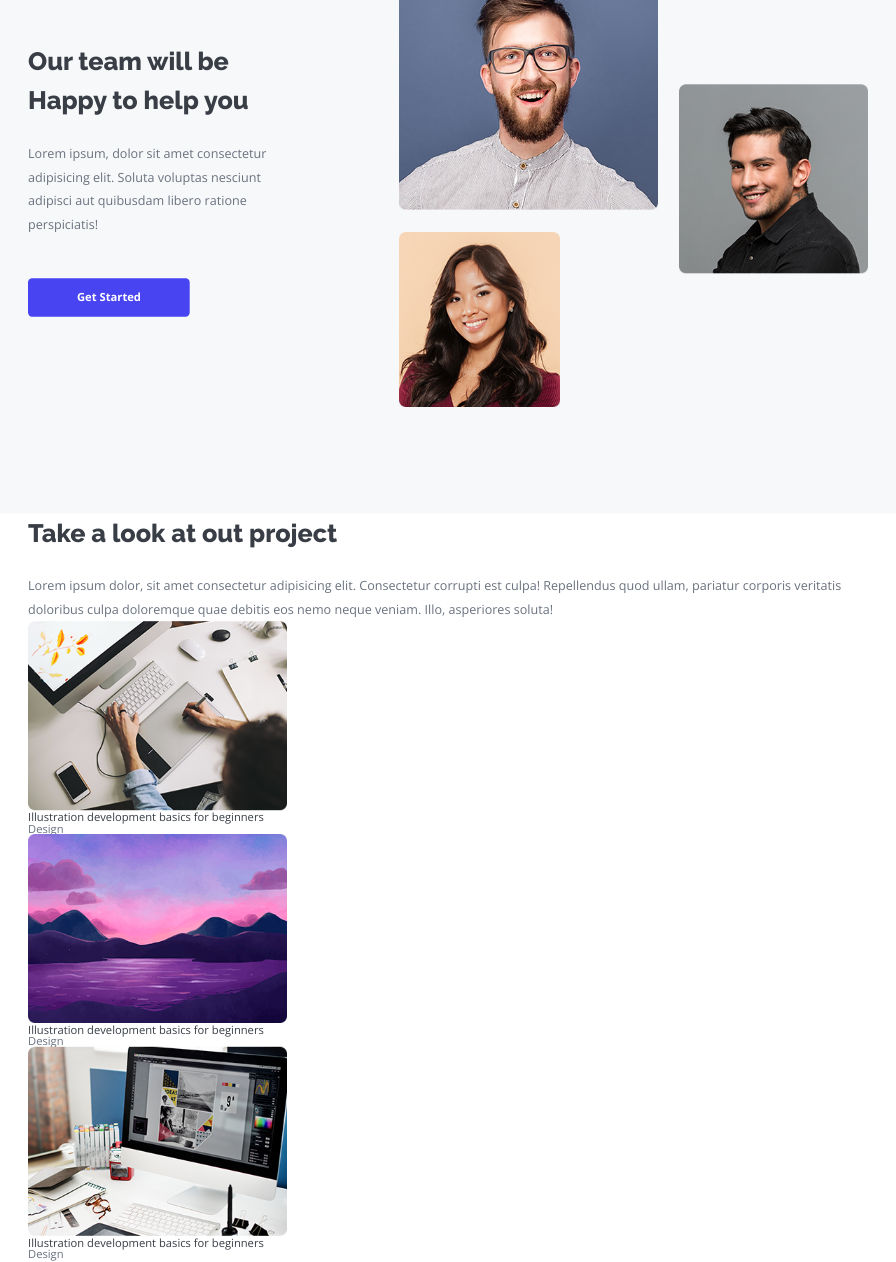
Repository: kate30980/LP-practiceoctavian
Page: index.html
These files come from the project's save history. The page is drawn as it stood at one moment and after the next save; the edit follows.
The browser window is 1280 px wide. The pictures show the part of the page from y = 4298 to 6218 px (the page is 6101 px tall before and 6218 px after), at 70% of full size.
The style sheet was rebuilt from its Sass, Less or Tailwind sources for each picture, by a compiler version that may differ from the author's.

Above is the page before, as saved 2021-08-25 16:54:40.

### index.html
<!DOCTYPE html>
<html lang="en">

<head>
    <meta charset="UTF-8">
    <meta http-equiv="X-UA-Compatible" content="IE=edge">
    <meta name="viewport" content="width=device-width, initial-scale=1.0">
    <title>Octavian LP</title>
    <script type="module" src="https://unpkg.com/ionicons@5.5.2/dist/ionicons/ionicons.esm.js"></script>
    <script nomodule src="https://unpkg.com/ionicons@5.5.2/dist/ionicons/ionicons.js"></script>
    <link rel="preconnect" href="https://fonts.googleapis.com">
    <link rel="preconnect" href="https://fonts.gstatic.com" crossorigin>
    <link
        href="https://fonts.googleapis.com/css2?family=Open+Sans:wght@300;400;600;700&family=Raleway:wght@600;700;800&display=swap"
        rel="stylesheet">
    <link rel="stylesheet" href="css/app.css">
</head>

<body>
    <header class="header">
        <div class="container">
            <div class="header-main">
                <img src="./images/logo.png" alt="logo-header" class="header-logo">
                <div class="navigation">
                    <p class="header-phone">Phone: <span>+055 - 951 237 851</span></p>
                    <img src="./images/icon-search.png" alt="" class="icon-search">
                    <img src="./images/icon-bars.png" alt="" class="icon-toggle">
                </div>
            </div>
        </div>
    </header>
    <main>
        <section class="hero">
            <img src="./images/img1.png" alt="img-header" class="hero-image">
            <div class="container">
                <div class="hero-content">
                    <h2 class="hero-caption second-font">creative & digital</h2>
                    <h1 class="hero-heading second-font">Agency</h1>
                    <a href="#" class="hero-link">Purchase Now</a>
                </div>
            </div>
        </section>
        <section class="portfolio">
            <div class="container">
                <div class="portfolio-list">
                    <div class="portfolio-column">
                        <div class="portfolio-item">
                            <div class="portfolio-image">
                                <img src="./images/img2.png" alt="img2">
                            </div>
                            <h3 class="portfolio-title second-font">Campaign of exhibition of architectural field</h3>
                            <div class="portfolio-category">Photography</div>
                        </div>
                        <div class="portfolio-item">
                            <div class="portfolio-image">
                                <img src="./images/img3.png" alt="img2">
                            </div>
                            <h3 class="portfolio-title second-font">Campaign of exhibition of architectural field</h3>
                            <div class="portfolio-category">Photography</div>
                        </div>
                        <div class="portfolio-item">
                            <div class="portfolio-image">
                                <img src="./images/img4.png" alt="img2">
                            </div>
                            <h3 class="portfolio-title second-font">Campaign of exhibition of architectural field</h3>
                            <div class="portfolio-category">Photography</div>
                        </div>
                    </div>
                    <div class="portfolio-column">
                        <div class="portfolio-item">
                            <div class="portfolio-image">
                                <img src="./images/img5.png" alt="img2">
                            </div>
                            <h3 class="portfolio-title second-font">Campaign of exhibition of architectural field</h3>
                            <div class="portfolio-category">Photography</div>
                        </div>
                        <div class="portfolio-item">
                            <div class="portfolio-image">
                                <img src="./images/img6.png" alt="img2">
                            </div>
                            <h3 class="portfolio-title second-font">Campaign of exhibition of architectural field</h3>
                            <div class="portfolio-category">Photography</div>
                        </div>
                        <div class="portfolio-item">
                            <div class="portfolio-image">
                                <img src="./images/img7.png" alt="img2">
                            </div>
                            <h3 class="portfolio-title second-font">Campaign of exhibition of architectural field</h3>
                            <div class="portfolio-category">Photography</div>
                        </div>
                        <div class="portfolio-item">
                            <div class="portfolio-image">
                                <img src="./images/img8.png" alt="img2">
                            </div>
                            <h3 class="portfolio-title second-font">Campaign of exhibition of architectural field</h3>
                            <div class="portfolio-category">Photography</div>
                        </div>
                    </div>
                    <div class="portfolio-column">
                        <div class="portfolio-item">
                            <div class="portfolio-image">
                                <img src="./images/img9.png" alt="img2">
                            </div>
                            <h3 class="portfolio-title second-font">Campaign of exhibition of architectural field</h3>
                            <div class="portfolio-category">Photography</div>
                        </div>
                        <div class="portfolio-item">
                            <div class="portfolio-image">
                                <img src="./images/img10.png" alt="img2">
                            </div>
                            <h3 class="portfolio-title second-font">Campaign of exhibition of architectural field</h3>
                            <div class="portfolio-category">Photography</div>
                        </div>
                        <div class="portfolio-item">
                            <div class="portfolio-image">
                                <img src="./images/img11.png" alt="img2">
                            </div>
                            <h3 class="portfolio-title second-font">Campaign of exhibition of architectural field</h3>
                            <div class="portfolio-category">Photography</div>
                        </div>
                    </div>
                </div>
                <a href="" class="btn btn--primary portfolio-link">
                    Get Started
                </a>
            </div>
        </section>
        <section class="partner">
            <div class="container">
                <div class="partner-main">
                    <div class="partner-item">
                        <img src="./images/logo1.png" alt="logo1">
                    </div>
                    <div class="partner-item">
                        <img src="./images/logo2.png" alt="logo1">
                    </div>
                    <div class="partner-item">
                        <img src="./images/logo3.png" alt="logo1">
                    </div>
                    <div class="partner-item">
                        <img src="./images/logo4.png" alt="logo1">
                    </div>
                    <div class="partner-item">
                        <img src="./images/logo5.png" alt="logo1">
                    </div>
                    <div class="partner-item">
                        <img src="./images/logo6.png" alt="logo1">
                    </div>
                    <div class="partner-item">
                        <img src="./images/logo7.png" alt="logo1">
                    </div>
                    <div class="partner-item">
                        <img src="./images/logo8.png" alt="logo1">
                    </div>
                </div>
            </div>
        </section>
        <section class="team">
            <div class="container">
                <div class="team-main">
                    <div class="team-content">
                        <h2 class="team-heading second-font">Our team will be Happy to help you</h2>
                        <p class="team-desc">Lorem ipsum, dolor sit amet consectetur adipisicing elit. Soluta voluptas
                            nesciunt adipisci aut quibusdam libero ratione perspiciatis!</p>
                        <a href="#" class="btn btn--primary">Get Started</a>
                    </div>
                    <div class="team-images">
                        <div class="team-column">
                            <div class="team-image">
                                <img src="./images/team1.png" alt="team">
                            </div>
                            <div class="team-image">
                                <img src="./images/team2.png" class="team-img2" alt="team">
                            </div>
                        </div>
                        <div class="team-column">
                            <div class="team-image">
                                <img src="./images/team3.png" alt="team">
                            </div>
                        </div>
                    </div>
                </div>
            </div>
        </section>
        <section class="blog">
            <div class="container">
                <div class="blog-header">
                    <h2 class="blog-heading heading">Take a look at out project</h2>
                    <p class="blog-desc text">Lorem ipsum dolor, sit amet consectetur adipisicing elit. Consectetur
                        corrupti est culpa! Repellendus quod ullam, pariatur corporis veritatis doloribus culpa
                        doloremque quae debitis eos nemo neque veniam. Illo, asperiores soluta!</p>
                </div>
                <div class="blog-list">
                    <div class="blog-item">
                        <div class="blog-image">
                            <img src="./images/blog1.png" alt="blog1">
                        </div>
                        <h2 class="blog-title">Illustration development basics for beginners</h2>
                        <p class="blog-category">Design</p>
                    </div>
                    <div class="blog-item">
                        <div class="blog-image">
                            <img src="./images/blog2.png" alt="blog1">
                        </div>
                        <h2 class="blog-title">Illustration development basics for beginners</h2>
                        <p class="blog-category">Design</p>
                    </div>
                    <div class="blog-item">
                        <div class="blog-image">
                            <img src="./images/blog3.png" alt="blog1">
                        </div>
                        <h2 class="blog-title">Illustration development basics for beginners</h2>
                        <p class="blog-category">Design</p>
                    </div>
                </div>
            </div>
        </section>
    </main>
</body>

</html>

### sass/app.scss
@import "variables";
@import "function";
@import "reset";
@import "base";
@import "header";
@import "hero";
@import "portfolio";
@import "partner";
@import "team";

### sass/_variables.scss
$primary-font: "Open sans", sans-serif;
$secondary-font: "Raleway", sans-serif;
$gray: #393e46;
$gray-light: #6a727f;
$blue-color: #4944F2;
$gray-lighter: #f7f8f9;

### sass/_function.scss
@function lineH($s, $h){
    @return $s / $h;
}

### sass/_base.scss
body{
    font-family: $primary-font;
    font-size: 16px;
    line-height:1;
    color: $gray-light;
    max-width: 1920px;
    margin: 0 auto;
}
.container{
    max-width: 1200px;
    margin: 0 auto;
    padding:0 15px;
}
.second-font{
    font-family: $secondary-font;
    color: $gray;
}

.btn{
    cursor: pointer;
    outline: none;
    display: inline-flex;
    justify-content: center;
    align-items: center;
    color: white;
    font-weight: bold;
    font-size: 16px;
    font-family: 'Open sans',sans-serif;
    height: 55px;
    padding: 0 70px;
    border-radius: 6px;
    &--primary{
        background-color: $blue-color;
        text-decoration: none;
    }
}
h2,h3,h4,h5{
    color: $gray;
}
.heading{
    font-size: 36px;
    line-height: lineH(56,36);
    font-weight: 800;
    font-family: $secondary-font;
    margin-bottom: 30px;
}
.title{
    font-size: 22px;
    font-weight: 800;
    font-family: $secondary-font;
    color: $gray;
    line-height: lineH(35, 22);
    margin-bottom: 20px;
}
.text{
    font-size: 18px;
    line-height: lineH(34, 18);
}

### sass/_header.scss
.header{
    &-main{
         display: flex;
         justify-content: space-between;
         align-items: center;
         padding: 40px 0;
    }
    &-phone{
        color: $gray;
        font-weight: 300;
        span{
            font-weight: 600;
            margin-left: 15px;
        }
    }
}
.navigation{
    display: flex;
    align-items: center;
    gap: 0 60px;
}

### sass/_hero.scss
.hero{
    position: relative;
    margin-bottom: 200px;
    &-image{
        margin-left: auto;
        display: block;
    }
    &-content{
        position: absolute;
        top: 50%;
        transform: translateY(-50%);
        z-index: 2;
    }
    &-caption{
        font-size: 72px;
        font-weight: 600;
        color: black;
    }
    &-heading{
        font-weight: 800;font-size: 150px;
        text-transform: uppercase;
        margin-bottom: 40px;
        color: black;
    }
    &-link{
        font-size: 18px;
        text-decoration: underline;
        color: $gray-light;
        display: inline-block;
        font-weight: 600;
    }
}

### sass/_portfolio.scss
.portfolio{
    margin-bottom: 200px;
    &-list{
        display: grid;
        grid-template-columns: repeat(3,1fr);
        grid-gap: 0 90px;
        margin-bottom: 95px;
    }
    &-image{
        margin-bottom: 40px;
    }
    &-title{
        color: #393e46;
        font-size: 22px;
        line-height: 1.56;
        margin-bottom: 20px;
    }
    &-category{
        font-size: 14px;
    }
    &-column{
        display: flex;
        flex-direction: column;
        gap: 85px 0;
    }
    &-link{
        position: relative;
        left: 50%;
        transform: translateX(-50%);
        // ceterin, đưa phần tử ra giữa khung
    }
}

### sass/_partner.scss
.partner{
    margin-bottom: 150px;
    &-main{
        display: grid;
        grid-template-columns: repeat(4,1fr);
        grid-gap: 90px 0;
    }
    &-item{
        padding: 0 50px;
        display: flex;
        justify-content: center;
        align-items: center;
        transition: opacity 0.2 linear;
        cursor: pointer;
        &:hover{
            opacity: 0.1;
        }
    }
}

### sass/_team.scss
.team{
    padding: 150px 0;
    background-color: $gray-lighter;
    &-main{
        display: flex;
        align-items: center;
        // facenter
        justify-content: space-between;
    }
    &-content{
        max-width: 370px;
        flex-shrink: 0;
        width: 100%;
    }
    &-images{
        display: flex;
        align-items: center;
        gap: 0 30px;
    }
    &-img2{
        margin-top: 30px;
        margin-left: auto;
    }
    &-heading{
        font-size: 36px;
        font-weight: 800;
        line-height: 1.55;
        margin-bottom: 30px;
    }
    &-desc{
        font-size: 18px;
        line-height: lineH(34,18);
        margin-bottom: 60px;
    }

}

Loaded but not shown: sass/_reset.scss (common file)

After the next save:
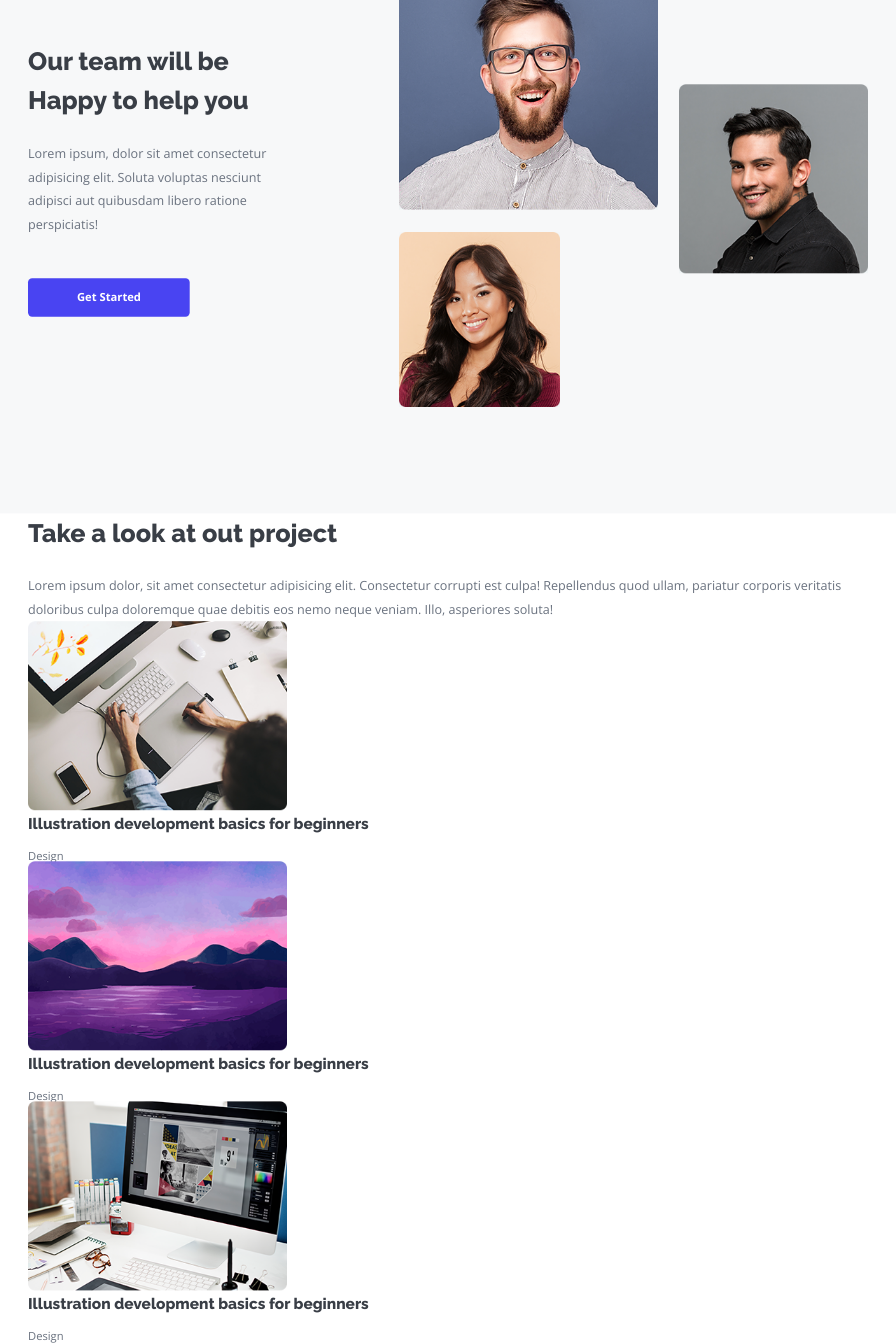
Saved 17 s later.
--- a/index.html
+++ b/index.html
@@ -195,21 +195,21 @@
                         <div class="blog-image">
                             <img src="./images/blog1.png" alt="blog1">
                         </div>
-                        <h2 class="blog-title">Illustration development basics for beginners</h2>
+                        <h2 class="blog-title title">Illustration development basics for beginners</h2>
                         <p class="blog-category">Design</p>
                     </div>
                     <div class="blog-item">
                         <div class="blog-image">
                             <img src="./images/blog2.png" alt="blog1">
                         </div>
-                        <h2 class="blog-title">Illustration development basics for beginners</h2>
+                        <h2 class="blog-title title">Illustration development basics for beginners</h2>
                         <p class="blog-category">Design</p>
                     </div>
                     <div class="blog-item">
                         <div class="blog-image">
                             <img src="./images/blog3.png" alt="blog1">
                         </div>
-                        <h2 class="blog-title">Illustration development basics for beginners</h2>
+                        <h2 class="blog-title title">Illustration development basics for beginners</h2>
                         <p class="blog-category">Design</p>
                     </div>
                 </div>
